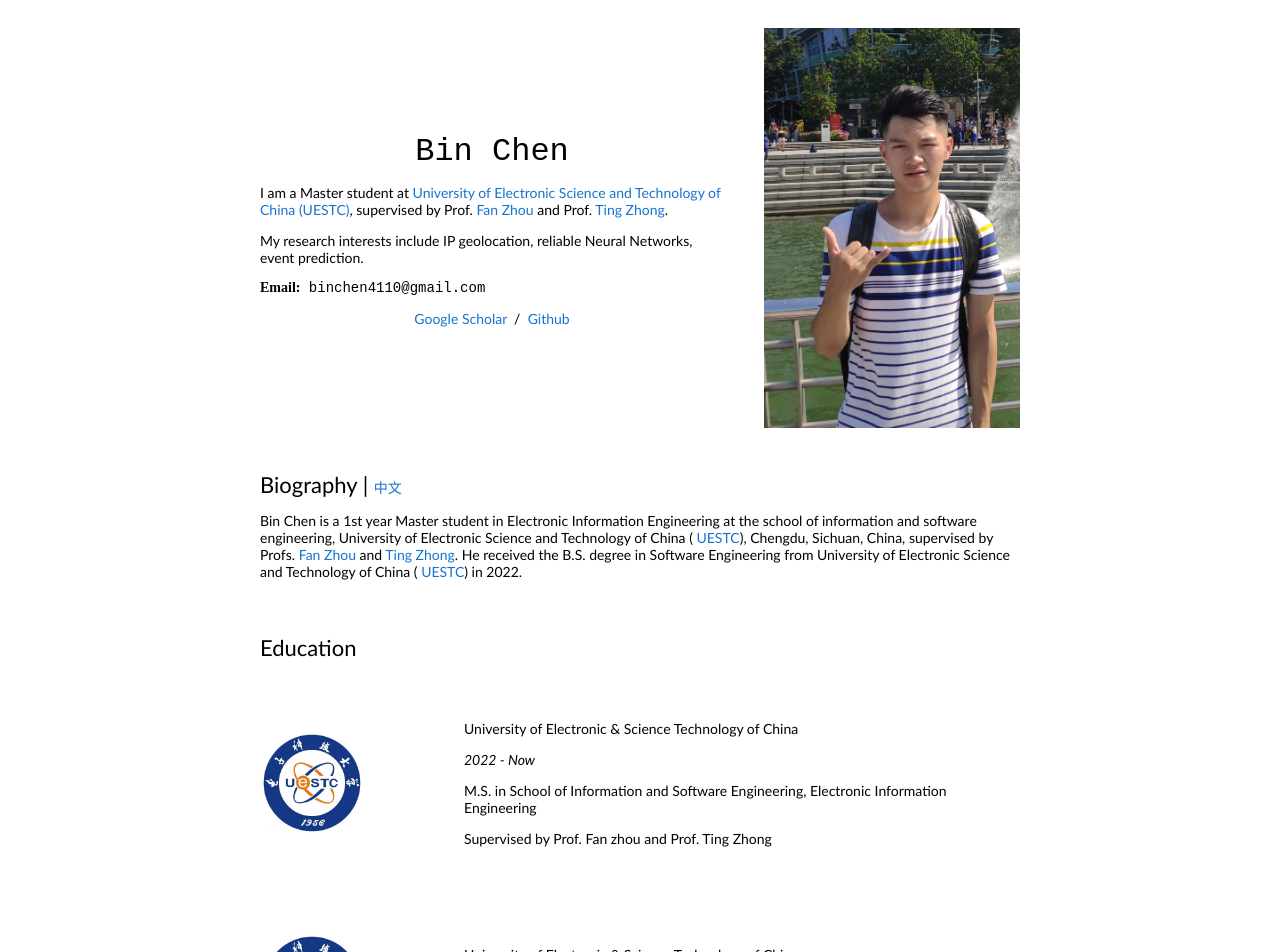
Repository: b1nchen/b1nchen.github.io
Page: index.html
These files come from the project's save history. The page is drawn as it stood at one moment and after the next save; the edit follows.
The browser window is 1280 px wide. The pictures show the part of the page from y = 0 to 952 px (the page is 1939 px tall).
A picture or video elsewhere on the page could not be fetched, so the positions and the page height are approximate.

Above is the page before, as saved 2023-07-06 15:06:00.

After the next save:
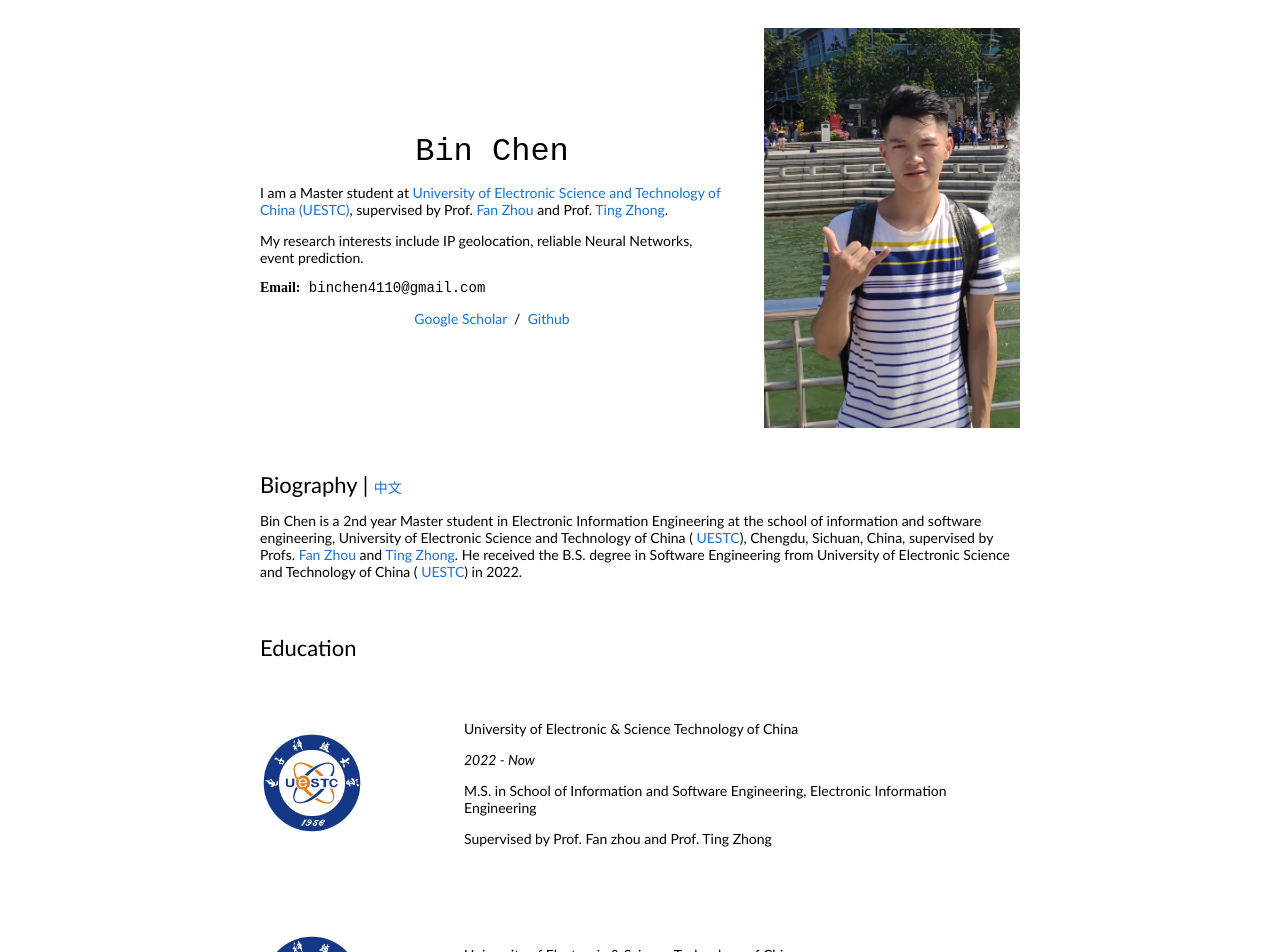
Saved 177 days later.
--- a/index.html
+++ b/index.html
@@ -72,7 +72,7 @@
                     <a href="index_CHN.html">中文</a>
                   </heading>
                   <p>
-                    Bin Chen is a 1st year Master student in Electronic Information Engineering at the school of information and
+                    Bin Chen is a 2nd year Master student in Electronic Information Engineering at the school of information and
                     software engineering, University of Electronic Science and Technology of China (<a
                       href="https://en.uestc.edu.cn/"> UESTC</a>), Chengdu, Sichuan, China, supervised by Profs. <a
                       href="https://scholar.google.com/citations?user=Ihj2Rw8AAAAJ">Fan Zhou</a> and <a
@@ -186,6 +186,7 @@
                   <br>
                   <em>MDM</em>, 2023, <em><strong>CCF C</strong></em>
                   <br>
+
 
                   <!-- <a href="https://ieeexplore.ieee.org/document/9747900">链接</a>,
                   <a href="https://youtu.be/uT1pEfHbo14">视频</a>,
@@ -223,7 +224,8 @@
                 </td>
                 <td style="padding:20px;width:75%;vertical-align:middle">
 
-                  <papertitle>TrustGeo: Uncertainty-Aware Dynamic Graph Learning for Trustworthy IP Geolocation </papertitle>(Accepted)
+                  <papertitle>TrustGeo: Uncertainty-Aware Dynamic Graph Learning for Trustworthy IP Geolocation </papertitle>(Accepted) <em><b style="color:red">Oral</b></em>
+
 
                   <br>
                   <a href="https://scholar.google.com/citations?user=YyxocAIAAAAJ">Wenxin Tai</a>,
@@ -232,11 +234,11 @@
                   <a href="https://scholar.google.com/citations?user=Mdr0XDkAAAAJ">Ting Zhong</a>,
                   <a href="https://scholar.google.com/citations?user=Avus2kcAAAAJ">Goce Trajcevski</a>,
                   <a>Yong Wang</a>,
-                  <a href="https://scholar.google.com/citations?user=tnRV5QYAAAAJ">Kai Chen</a>,
-
+                  <a href="https://scholar.google.com/citations?user=tnRV5QYAAAAJ">Kai Chen</a>
                   <br>
                   <em>KDD</em>, 2023, <em><strong>CCF A</strong></em>
                   <br>
+
                   <a href="https://drive.google.com/file/d/1PgxtmzdQAYr9Ti3rvHGgnyf05PbP-WwI/view?usp=drive_link">Link</a>
                   <!-- <a href="https://ieeexplore.ieee.org/document/9747900">链接</a>,
                   <a href="https://youtu.be/uT1pEfHbo14">视频</a>,
